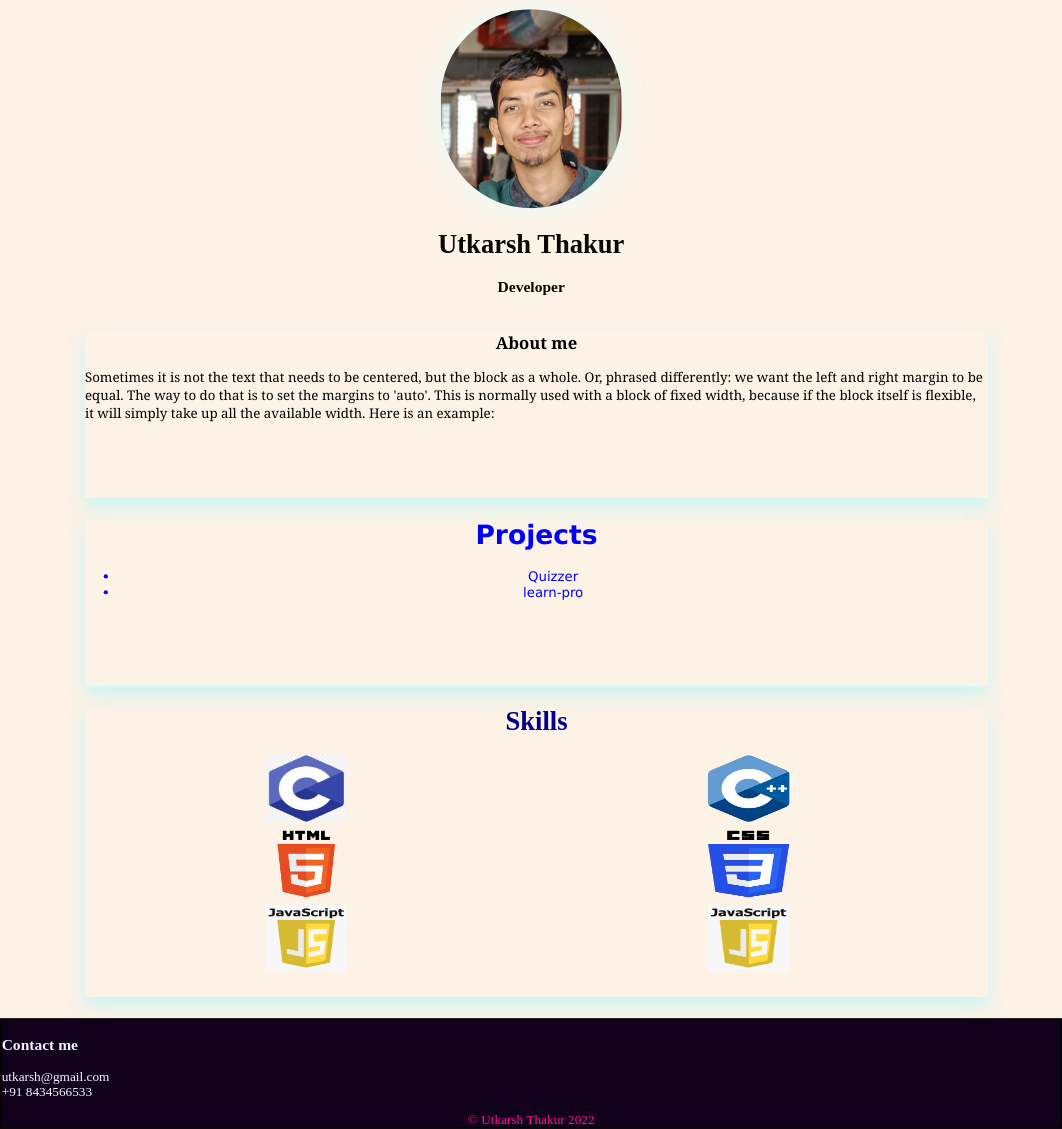
Repository: UtkarshThakur321/Utkarsh-Thakur-Profile
Page: index.html
The author's editor kept a copy of each file at every save. The page is drawn from the files as they stood at one save, then again after the next save.
The browser window is 1280 px wide. The pictures show the whole page, at 83% of full size.

Above is the page before, as saved 2022-01-23 00:16:09.
Not found: main.js

### index.html
<!DOCTYPE html>
<html>
<head>
    <meta charset='utf-8'>
    <meta http-equiv='X-UA-Compatible' content='IE=edge'>
    <title>Page Title</title>
    <meta name='viewport' content='width=device-width, initial-scale=1'>
    <link rel='stylesheet' type='text/css' media='screen' href="index.css">
    <script src='main.js'></script>
</head>
<body>
    <div id="main">
    <!-- <div id="nav">
        <h1>My Resume</h1>
    </div> -->
    <center>
        <div id="intro">
            <div id="profileImage">
                 <img src="./Utkarsh_dp.jpg" alt="DP_Utkarsh__Thakur"
                 width="180" height="170">
            </div>
            <div id="profileName">
                <h1>Utkarsh Thakur</h1>
                <h3>Developer</h3>
            </div>

            <div>


             </div>
        </div>
    </center>



  <div id="aboutMe">
    <div id="aboutMeHeading">
        About me
    </div>
    <div id="aboutMeContent">
        <p>
            Sometimes it is not the text that needs to be centered, but the block as a whole. Or, phrased differently: we want the left and right margin to be equal. The way to do that is to set the margins to 'auto'. This is normally used with a block of fixed width, because if the block itself is flexible, it will simply take up all the available width. Here is an example:
        </p>
    </div>
  </div>



<div id="projects">
    <h1>Projects</h1>
    <ul>
        <li>Quizzer</li>
        <li>learn-pro</li>
    </ul>
</div>



    <div id="skills">
        <h1>Skills</h1>
        <div class="skillsContent">
            <img src="c_programming.png" alt="c_programming">
        </div>
        <div class="skillsContent">
            <img src="./c++_programming.png" alt="c++_programming">
        </div>
        <div class="skillsContent">
            <img src="./html.png" alt="html">
        </div>
        <div class="skillsContent">
            <img src="./CSS3.png" alt="css3">
        </div>
        <div class="skillsContent">
            <img src="./js.png" alt="js">
        </div>
        <div class="skillsContent">
            <img src="./js.png" alt="js">
        </div>

    </div>

    <div id="footer">
        <div id="footerContent">
            <h3>Contact me</h3>
        <p>
            utkarsh@gmail.com<br>
            +91 8434566533

        </p>
            <div id="copyright">
         &copy; Utkarsh Thakur 2022
            </div>
        </div>
        </div>

    </div>



</body>
</html>

### index.css
body{
    width:100%;
    margin:0px;
    background-color: rgb(252, 242, 230);

}


#intro{
    /* background-image:url("./bg.jpg"); */
    /* background-color: rgb(190, 243, 243); */
    height: 400px;
    width:85%;
}


#profileImage>img{
    margin-top: 1%;
    height:240px;
    width:20%;
    border-radius: 130px;
    box-shadow: 0px 0px 40px rgb(235, 253, 253);
}
#profileName{
    color:rgb(8, 8, 0);
    font-family: cursive;
}

#aboutMe{
    width:85%;
    height:200px;
    /* border:2px solid green; */
    margin-left:8%;
    box-shadow: 0px 10px 20px rgba(195, 247, 247, 0.911);
    margin-bottom: 2%;
}


#aboutMeHeading{
    text-align:center;
    font-family: Georgia, 'Times New Roman', Times, serif;
    font-size:20px;
    font-weight: bold;
}
#aboutMeContent{

    font-family: Georgia, 'Times New Roman', Times, serif;
    font-size:16px;

}

#projects{
    width:85%;
        height:200px;
        /* border:2px solid green; */
        margin-left:8%;
        box-shadow: 0px 10px 20px rgba(195, 247, 247, 0.911);
    font-family: Verdana, Geneva, Tahoma, sans-serif;
    color:blue;
    text-align: center;
    margin-bottom: 2%;

}



#skills{
        width:85%;
        height:350px;
        /* border:2px solid green; */
        margin-left:8%;
        box-shadow: 0px 10px 20px rgba(195, 247, 247, 0.911);
        margin-bottom: 2%;

}

#skills{
    color:darkblue;
    font-weight: 400;
    text-align: center;

}
.skillsContent{
    height:80px;
    margin:0% 2% 1%;
    width:45%;
    float:left;
    /* border:2px solid blue; */
}
.skillsContent>img{
    height:80px;
    width:20%;
}



#nav{
    height:50px;
    display:content;
    text-align: center;
    font-weight: 900;
    color:black;}
    /* text-align: center;
    font-family: Verdana, Geneva, Tahoma, sans-serif;
} */



.img{
    height:10px;
    width:10%;
}

#footer{
    background-color: rgb(18, 1, 26);
}
#footerContent{
    border:2px solid black;
    color:aliceblue;

}

/* #footer{
    text-align: center;
} */
#copyright{
    text-align: center;
    color:deeppink
}

After the next save:
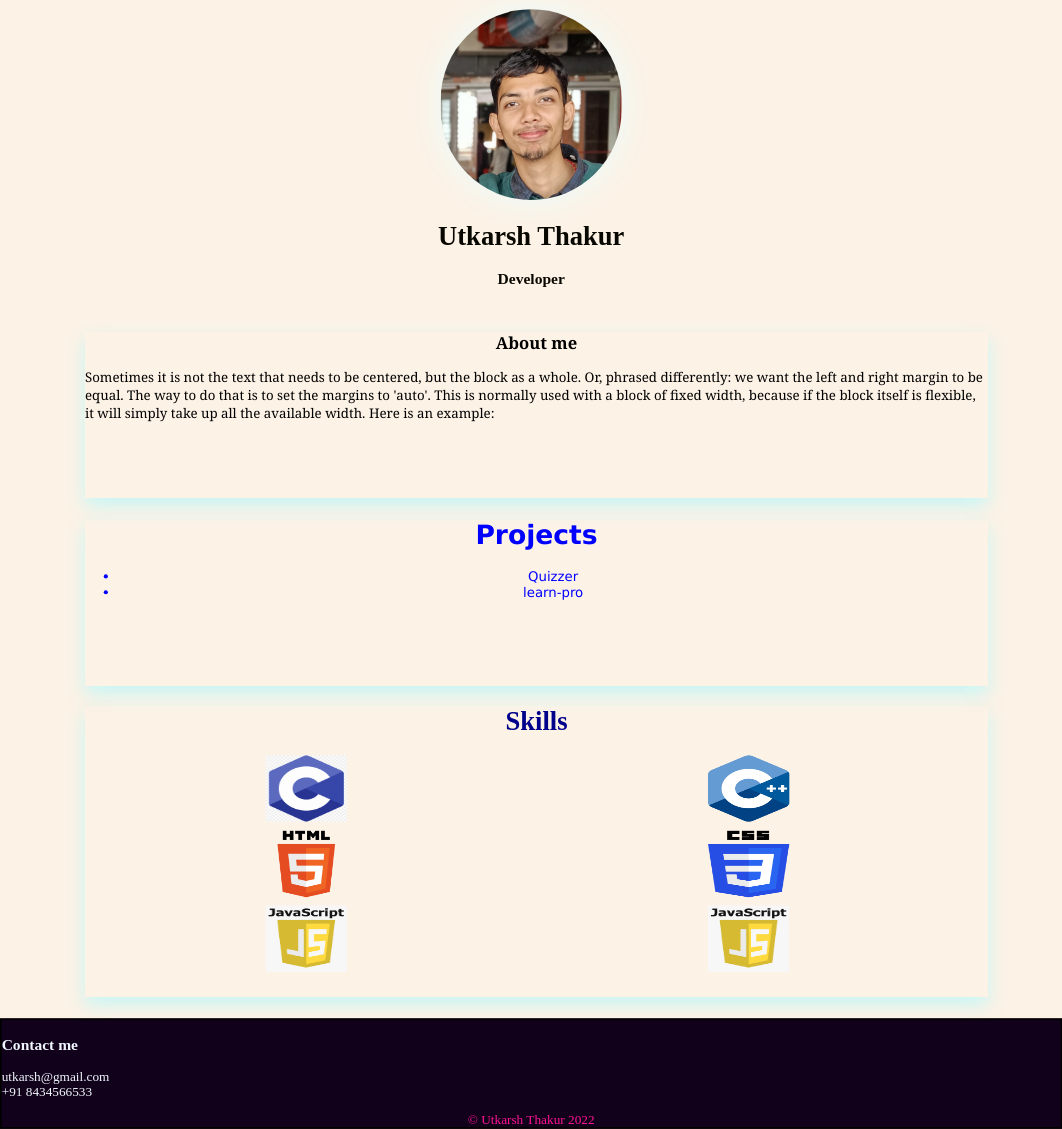
Saved 19 s later.
--- a/index.css
+++ b/index.css
@@ -16,7 +16,7 @@ body{
 
 #profileImage>img{
     margin-top: 1%;
-    height:240px;
+    height:230px;
     width:20%;
     border-radius: 130px;
     box-shadow: 0px 0px 40px rgb(235, 253, 253);
